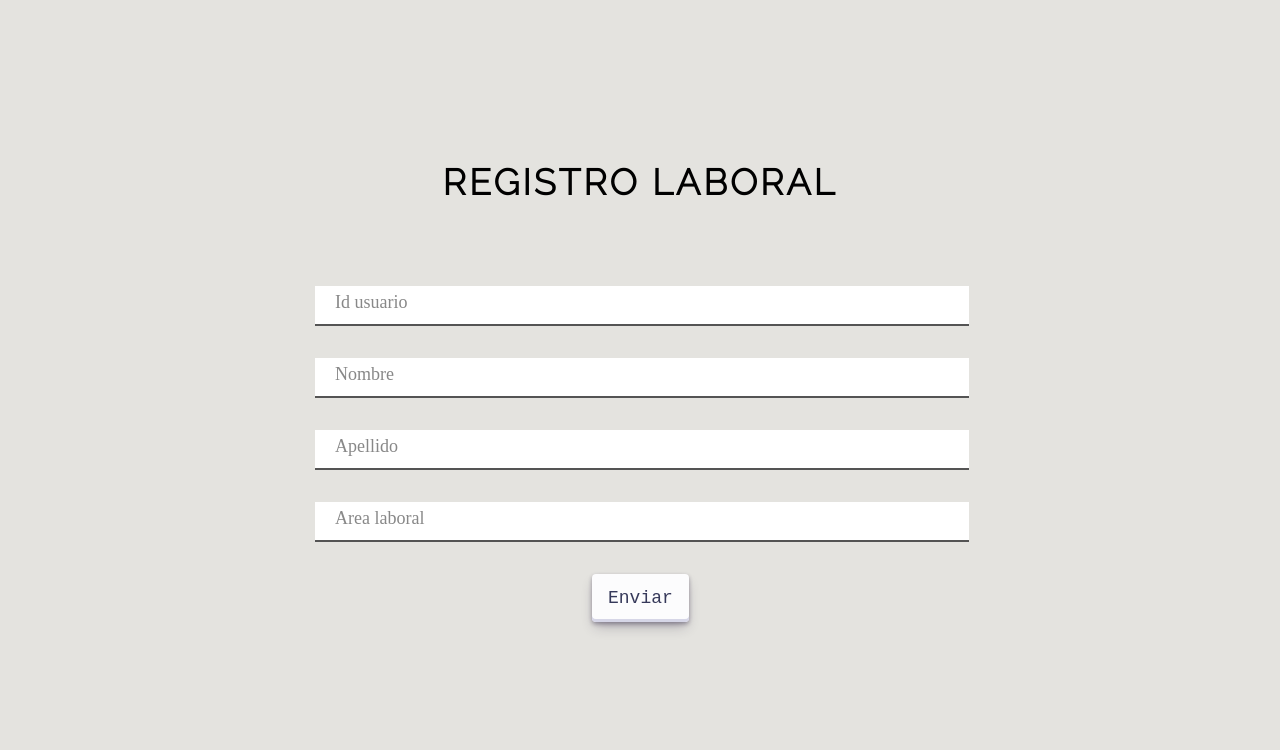
Repository: Alejandr0Aceved0/AWS_SERVICES_AND_INSTANCES
Page: register.html
An editor plug-in stored every save of this project. The page is shown before and after the next save, followed by the edit.
The browser window is 1280 px wide. The pictures show the whole page.
Some web fonts or font styles are not loaded; a fallback is used.

Above is the page before, as saved 2024-10-17 16:39:05.

After the next save:
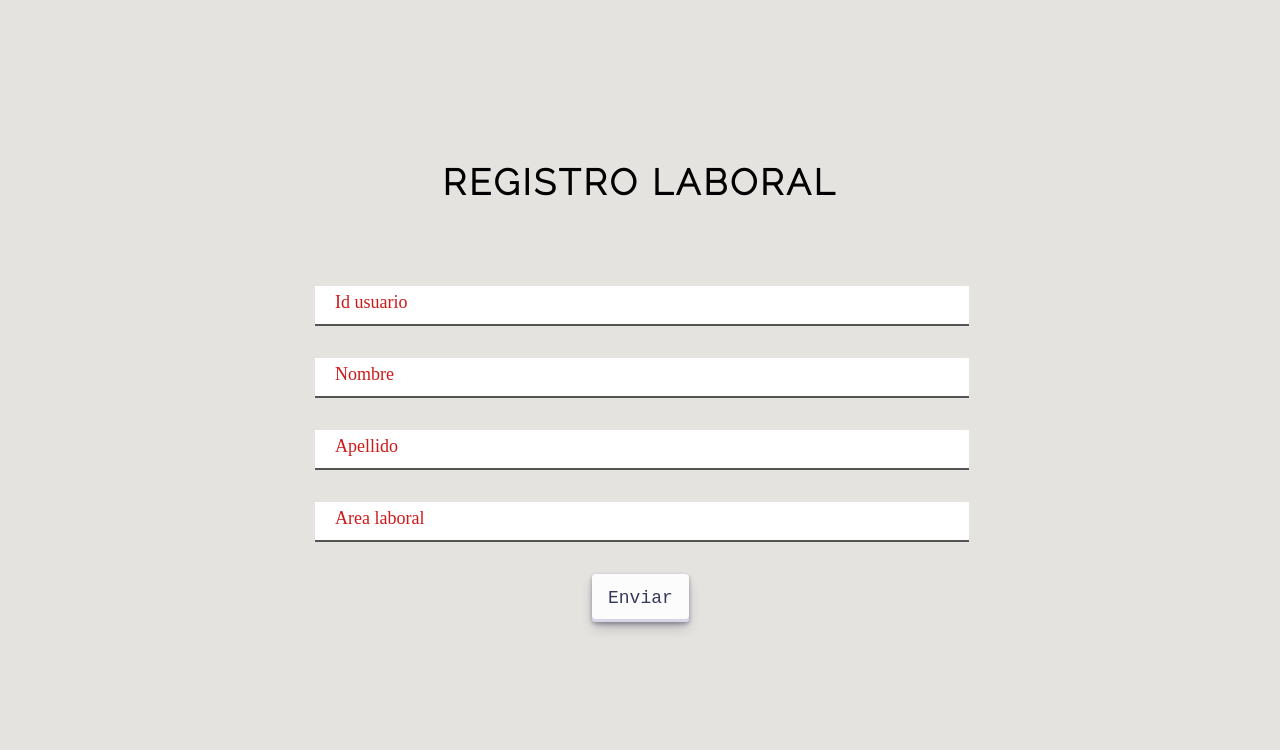
Saved 70 s later.
--- a/styles/appRegister.css
+++ b/styles/appRegister.css
@@ -103,7 +103,7 @@
         font-size: 18px;
         line-height: 26px;
         font-weight: 400;
-        color: #888;
+        color: #cf1919;
         cursor: text;
         transition: transform .2s ease-in-out;
     }

After the save that followed:
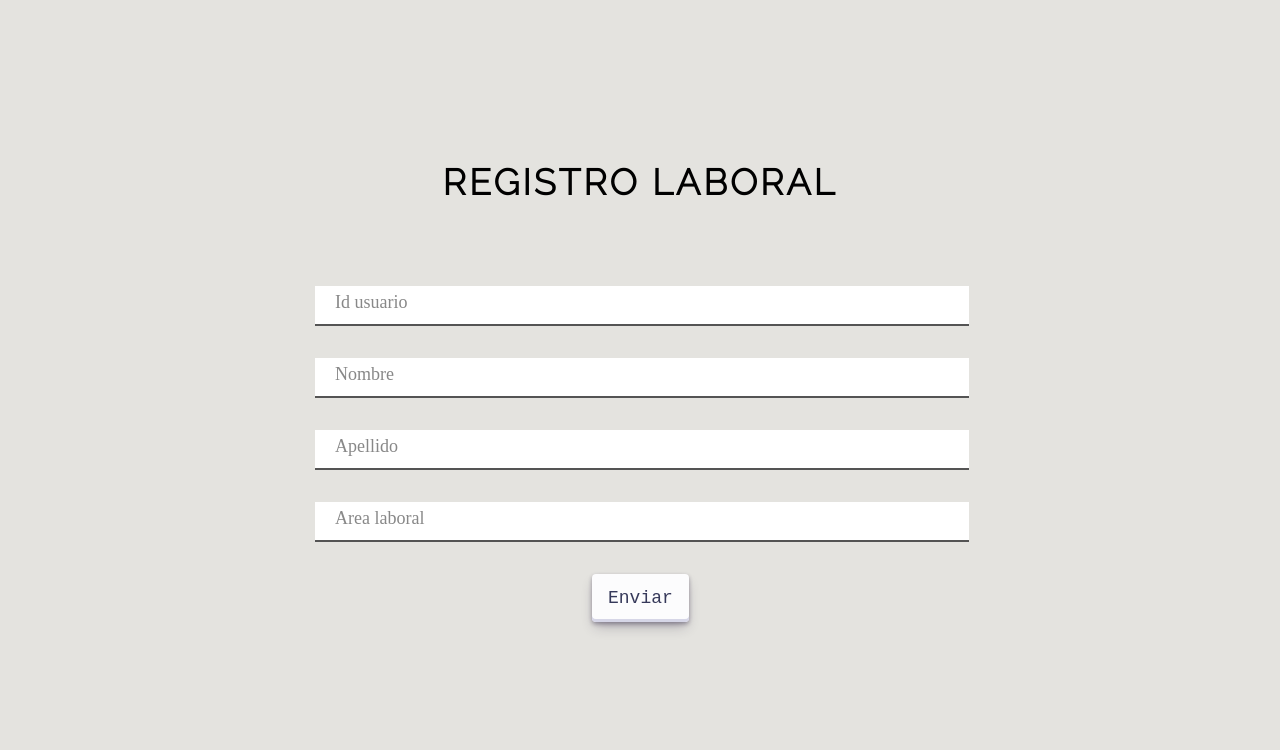
Saved 14 s later.
--- a/styles/appRegister.css
+++ b/styles/appRegister.css
@@ -103,7 +103,7 @@
         font-size: 18px;
         line-height: 26px;
         font-weight: 400;
-        color: #cf1919;
+        color: #888;
         cursor: text;
         transition: transform .2s ease-in-out;
     }
